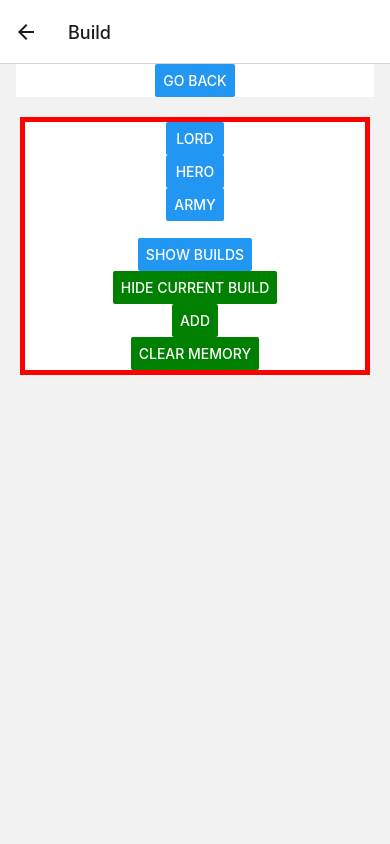
Repository: LingyuLiu11/mobile_app
Screen: /Build, after clicking the first element matching `div.r-paddingBottom-97e31f > button`
These files come from the project's save history. The screen is drawn as it stood at one moment and after a run of saves; the edit follows.
The app was drawn by React Native's web renderer in a window 390 px wide. The project was rebuilt for these pictures with package versions that can differ from the ones it lists, and the page was loaded fresh each time. Also part of the build but not shown: components/Reviews.js.

Above is the screen before, as saved 2021-10-25 02:05:36.

After the next 8 saves:
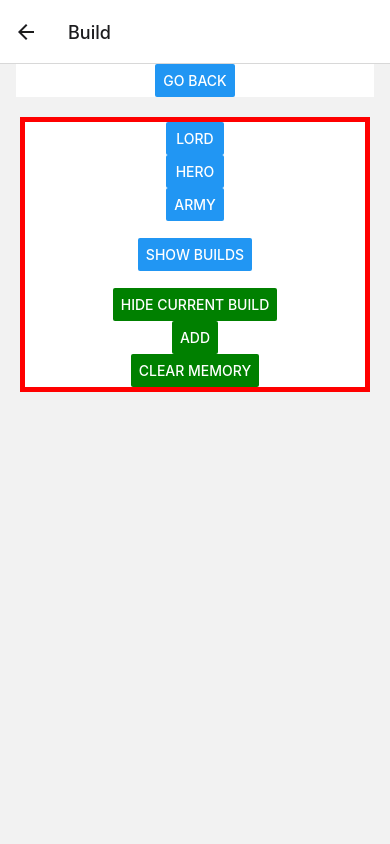
The 8 saves are shown as one change because they came seconds apart.
The last was saved 33 s later.
--- a/components/Builds.js
+++ b/components/Builds.js
@@ -128,13 +128,13 @@
                   color=""
                   onPress = {() => setDebugging(!debugging)}
                   />
-          <debugView/>
+          {debugView}
       <Button
                   title={(debugging?'hide':'show')+" current build" }
                   color="green"
                   onPress = {() => setCurrlooking(!currlooking)}
                   />
-                  <currView/>
+                  {currView}
 
                   <Button
           color="green"

After the 2 saves that followed:
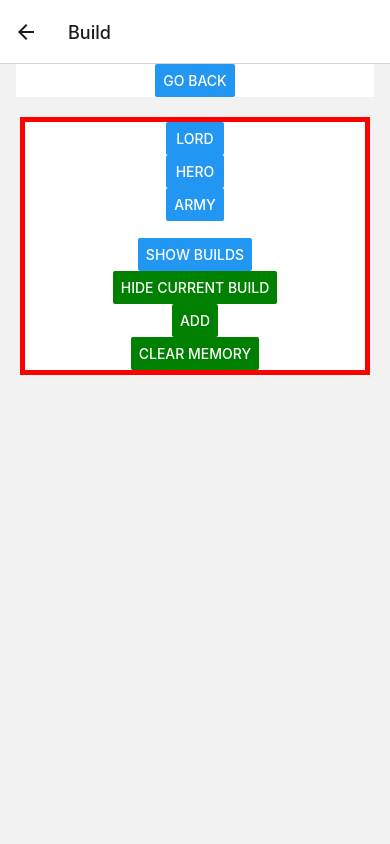
The 2 saves are shown as one change because they came seconds apart.
The last was saved 17 s later.
--- a/components/Builds.js
+++ b/components/Builds.js
@@ -128,13 +128,13 @@
                   color=""
                   onPress = {() => setDebugging(!debugging)}
                   />
-          {debugView}
+          <currView/>
       <Button
                   title={(debugging?'hide':'show')+" current build" }
                   color="green"
                   onPress = {() => setCurrlooking(!currlooking)}
                   />
-                  {currView}
+                  <currView/>
 
                   <Button
           color="green"
